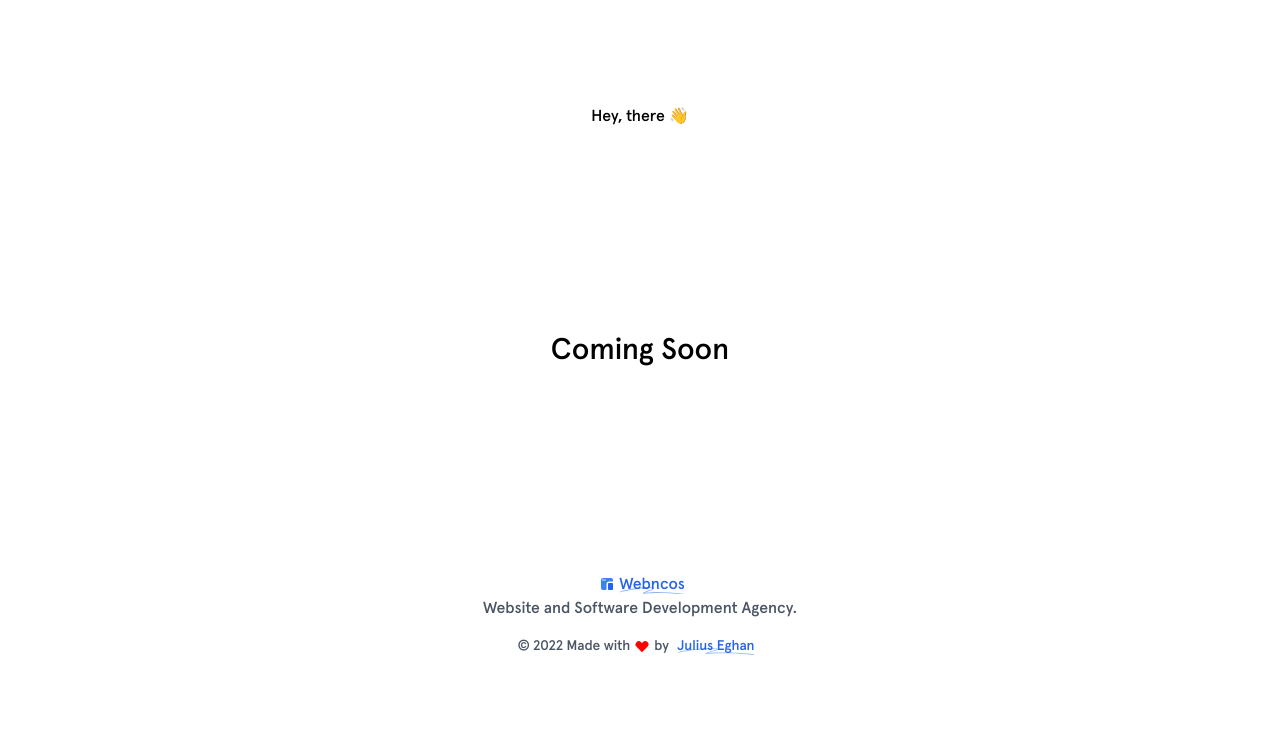
Repository: 1realjulius/webncos
Page: /
These files come from the project's save history. The page is drawn as it stood at one moment and after a run of saves; the edit follows.
The browser window is 1280 px wide. The pictures show the whole page.
The project was rebuilt for these pictures with package versions that can differ from the ones it lists, and the page was loaded fresh each time. The framework's server and built-in components were replaced by stand-ins that run in the browser. Also part of the build but not shown: next.config.js.

Above is the page before, as saved 2022-08-13 21:57:37.

After the next 2 saves:
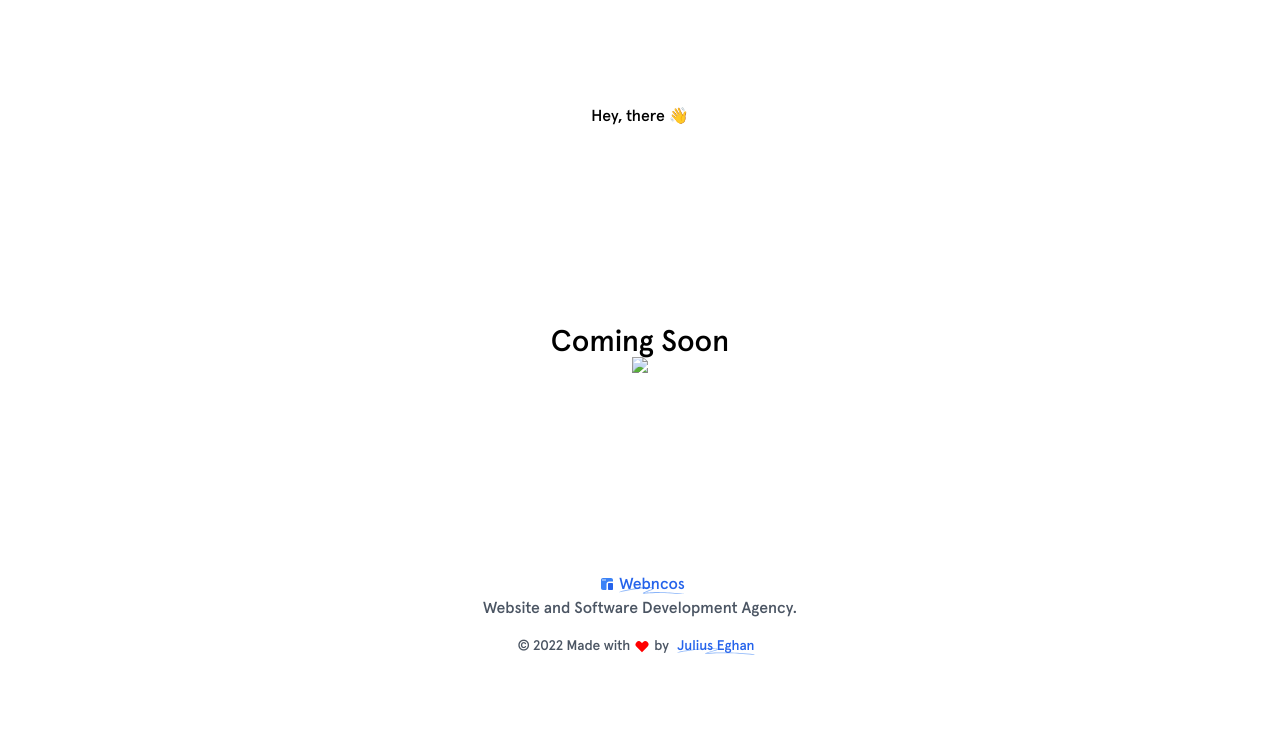
The 2 saves are shown as one change because 1 did not build or start.
The last was saved 2 min 7 s later.
--- a/components/ComingSoon.tsx
+++ b/components/ComingSoon.tsx
@@ -1,3 +1,4 @@
+import Image from "next/image";
 import Link from "next/link";
 import React from "react";
 
@@ -9,6 +10,7 @@
       </div>
       <div className="flex flex-col items-center justify-center">
         <h1 className="text-3xl leading-none">Coming Soon</h1>
+        <Image src='/wenncos.svg' alt='wenco' className='w-4 h-4' width='18' height='18'/>
       </div>
       <div className="flex flex-col items-center justify-center mb-6">
         <div>

After the save that followed:
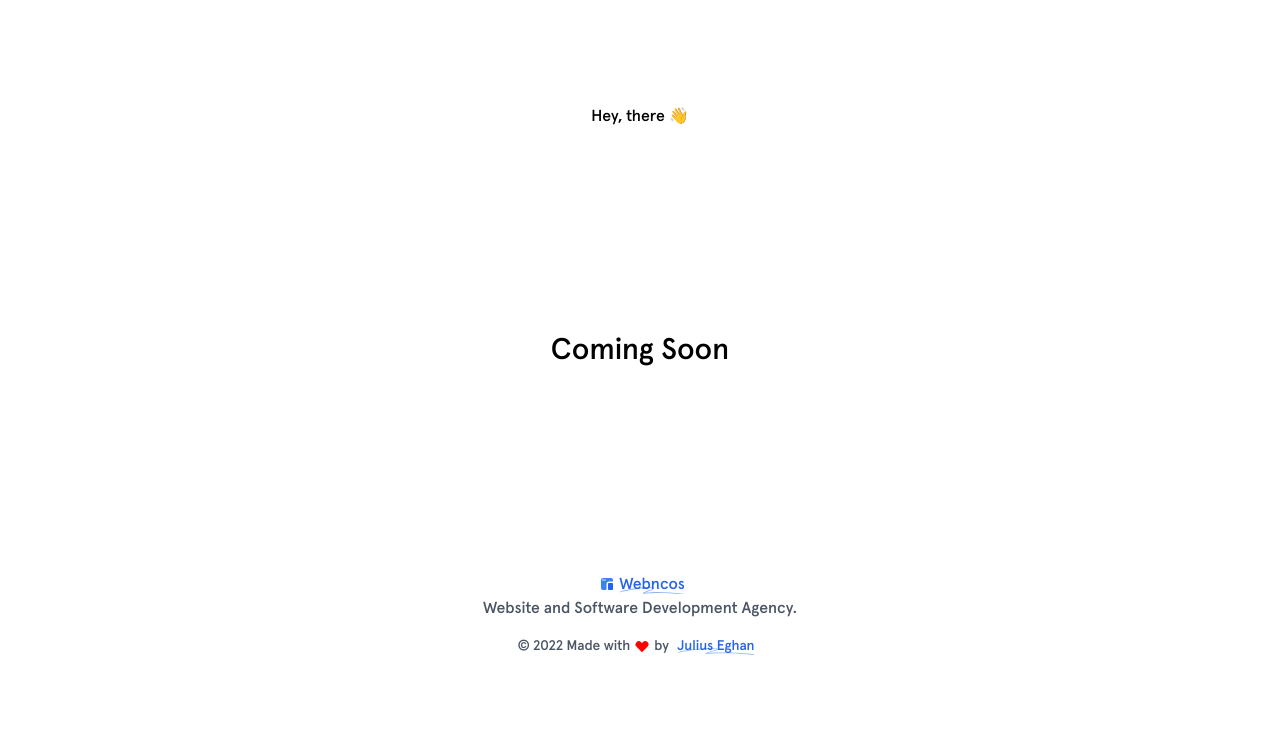
Saved 15 s later.
--- a/components/ComingSoon.tsx
+++ b/components/ComingSoon.tsx
@@ -10,7 +10,6 @@
       </div>
       <div className="flex flex-col items-center justify-center">
         <h1 className="text-3xl leading-none">Coming Soon</h1>
-        <Image src='/wenncos.svg' alt='wenco' className='w-4 h-4' width='18' height='18'/>
       </div>
       <div className="flex flex-col items-center justify-center mb-6">
         <div>
